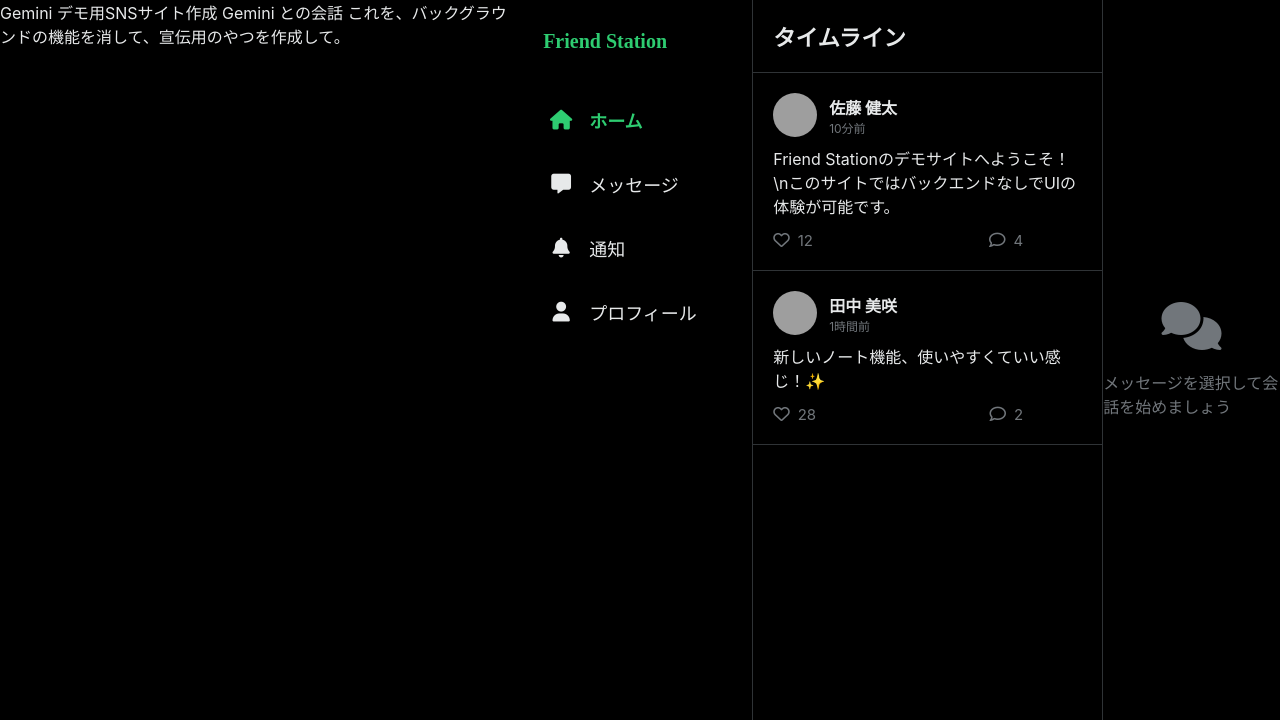
Repository: towabii/friend-station
Page: サンプルコード.html
The author's editor kept a copy of each file at every save. The page is drawn from the files as they stood at one save, then again after the next save.
The browser window is 1280 px wide. The pictures show the whole page.
Pictures or frames that could not be fetched are drawn as grey boxes.

Above is the page before, as saved 2026-05-04 16:02:59.

After the next save:
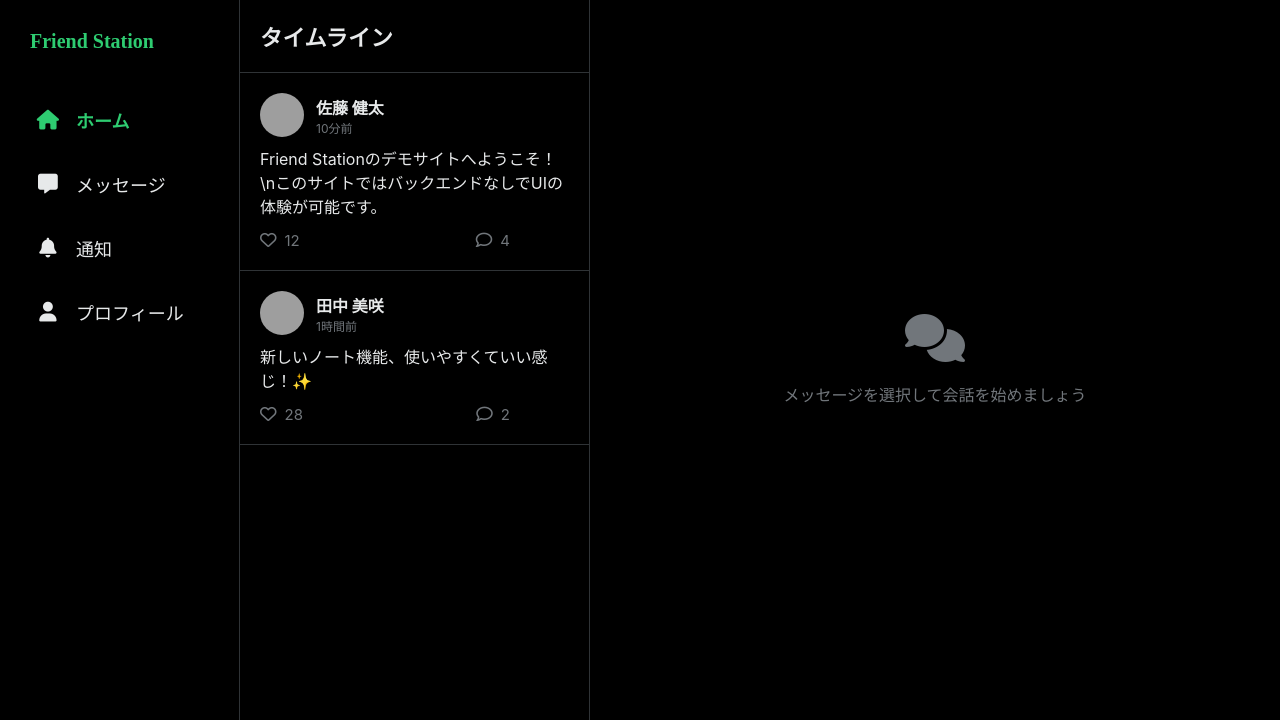
Saved 45 s later.
--- a/サンプルコード.html
+++ b/サンプルコード.html
@@ -1,8 +1,3 @@
-Gemini
-デモ用SNSサイト作成
-Gemini との会話
-これを、バックグラウンドの機能を消して、宣伝用のやつを作成して。
-
 <!DOCTYPE html>
 <html lang="ja">
 <head>
